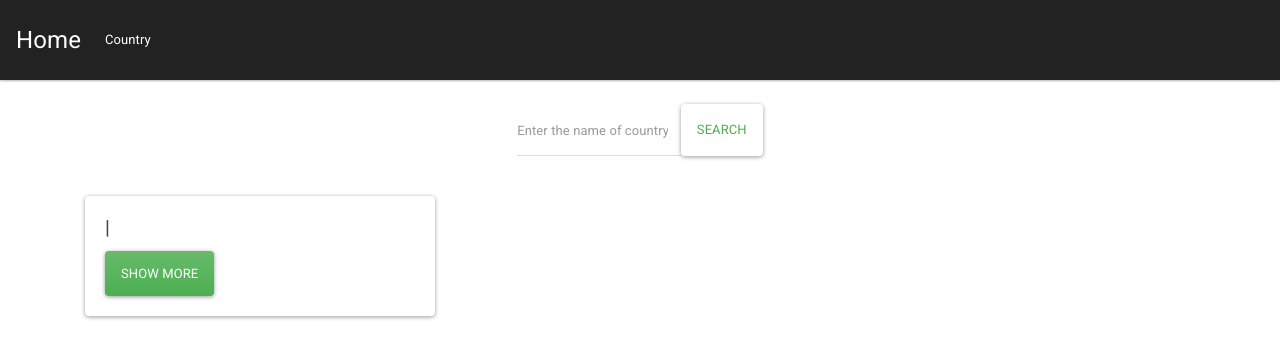
Repository: abdelhak-f/Countries_React
Page: / (app in client/)
An editor plug-in stored every save of this project. The page is shown before and after the next save, followed by the edit.
The browser window is 1280 px wide. The pictures show the whole page.
The page's requests for data from a server got no answer. The project was rebuilt for these pictures with package versions that can differ from the ones it lists, and the page was loaded fresh each time. No one was signed in, and anything a server would have sent is missing. Also part of the build but not shown: client/src/components/countrys/ProfilCountry.jsx.

Above is the page before, as saved 2021-05-11 12:23:11.

After the next save:
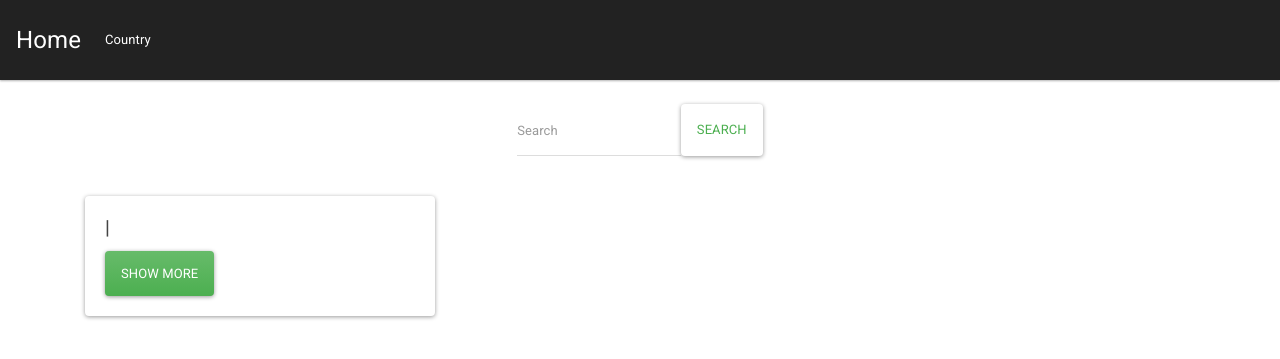
Saved 42 s later.
--- a/client/src/components/countrys/SearchCountry.jsx
+++ b/client/src/components/countrys/SearchCountry.jsx
@@ -38,7 +38,7 @@
 import { Link } from 'react-router-dom';
 import React, { useState, useEffect } from 'react';
 
-const SearchCountry = ({ alpha3Code, alpha2Code, flag, name}) => {
+const Codes = ({ alpha3Code, alpha2Code, flag, name}) => {
 
     const [Data, setData] = useState([])
     const [input, setInput] = useState('')
@@ -67,19 +67,19 @@ const SearchCountry = ({ alpha3Code, alpha2Code, flag, name}) => {
         <div>
             <div className="container-fluid w-25 p-3">
                 <form className="d-flex">
-                    <input onChange={e => setInput(e.target.value)} className="form-control me-2" type="search" placeholder="Enter the name of country " aria-label="Search" />
+                    <input onChange={e => setInput(e.target.value)} className="form-control me-2" type="search" placeholder="Search" aria-label="Search" />
                     <button className="btn btn-outline-success" type="submit">Search</button>
                 </form>
             </div>
 
-            <div className="card">
-                {SearchCountry && output.map((res, index) => (
+            <div className="container countries">
+                {Codes && output.map((res, index) => (
                     <>
-                        <div key={index} className=''>
-                            <div className="card-img-top">
+                        <div key={index} className='country'>
+                            <div className="country-image">
                                 <img src={res.flag} alt="flag" />
                             </div>
-                             <div className='card-body'>
+                             <div className='country-detail'>
                                 <p>{res.alpha3Code} </p>
                                 <p>{res.alpha2Code}</p>
                                 <Link to={`/ShowCoun/${res.name}`}>
@@ -95,4 +95,4 @@ const SearchCountry = ({ alpha3Code, alpha2Code, flag, name}) => {
     );
 }
 
-export default SearchCountry;
+export default Codes;
